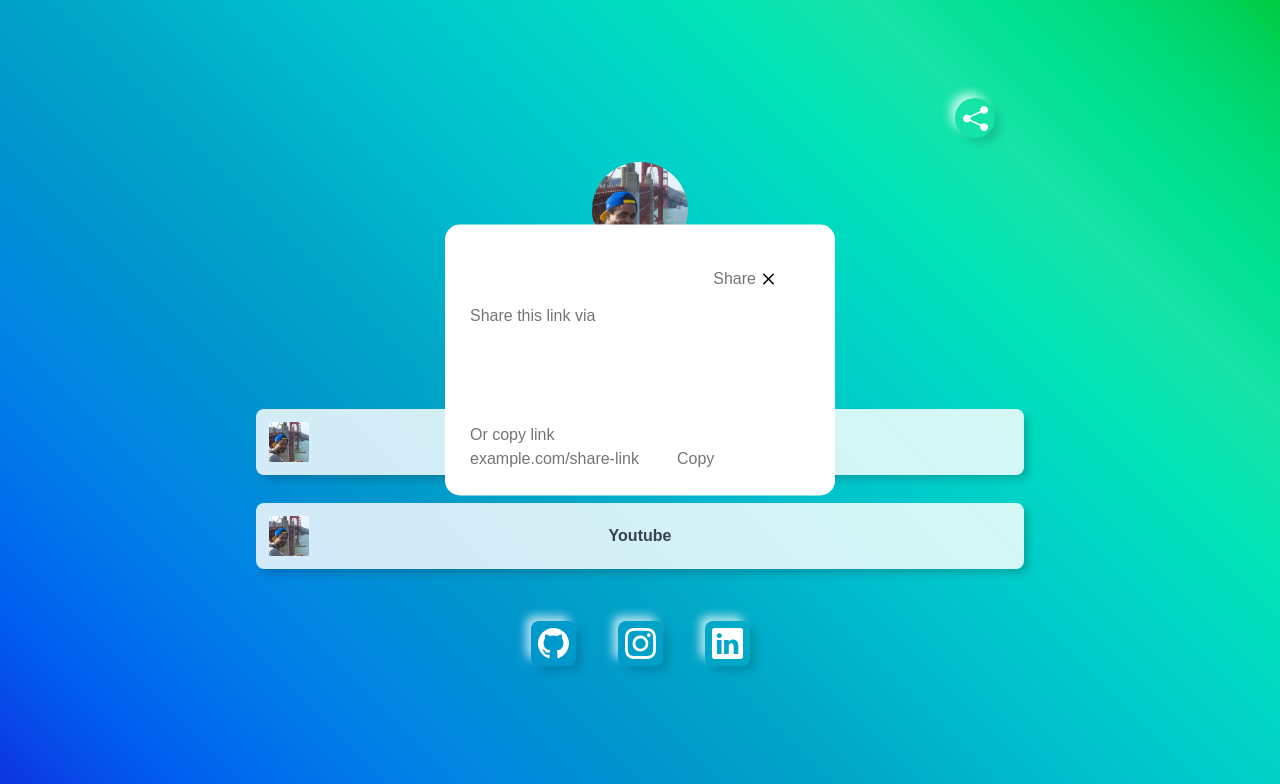
Repository: MateLaDBrouille97/linktree
Page: /
These files come from the project's save history. The page is drawn as it stood at one moment and after the next save; the edit follows.
The browser window is 1280 px wide. The pictures show the whole page.
The project was rebuilt for these pictures with package versions that can differ from the ones it lists, and the page was loaded fresh each time. The framework's server and built-in components were replaced by stand-ins that run in the browser. Also part of the build but not shown: next.config.js, styles/Home.module.css, styles/scrollup.css.

Above is the page before, as saved 2023-01-23 21:34:17.

After the next save:
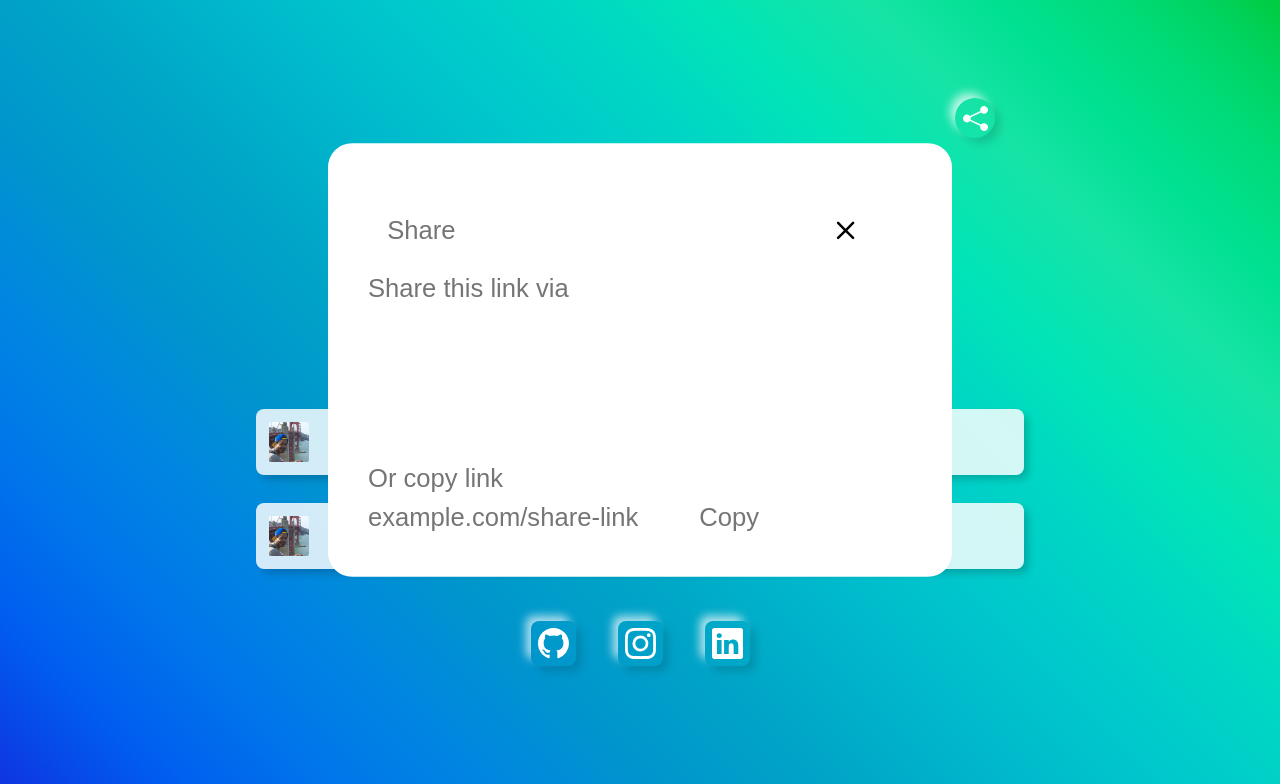
Saved 80 s later.
--- a/styles/share.css
+++ b/styles/share.css
@@ -77,10 +77,16 @@ ul{
     position: absolute;
     top: 50%;
     left: 50%;
-    transform: translate(-50%,-50%);
+    transform: translate(-50%,-50%) scale(1.6);
     background : var(--container-color);
     padding: 25px;
     border-radius: 15px;
     max-width: 390px;
     width: 100%;
 }
+
+.modal-share header{
+    display: flex;
+    align-items: center;
+    justify-content: space-between;
+}
